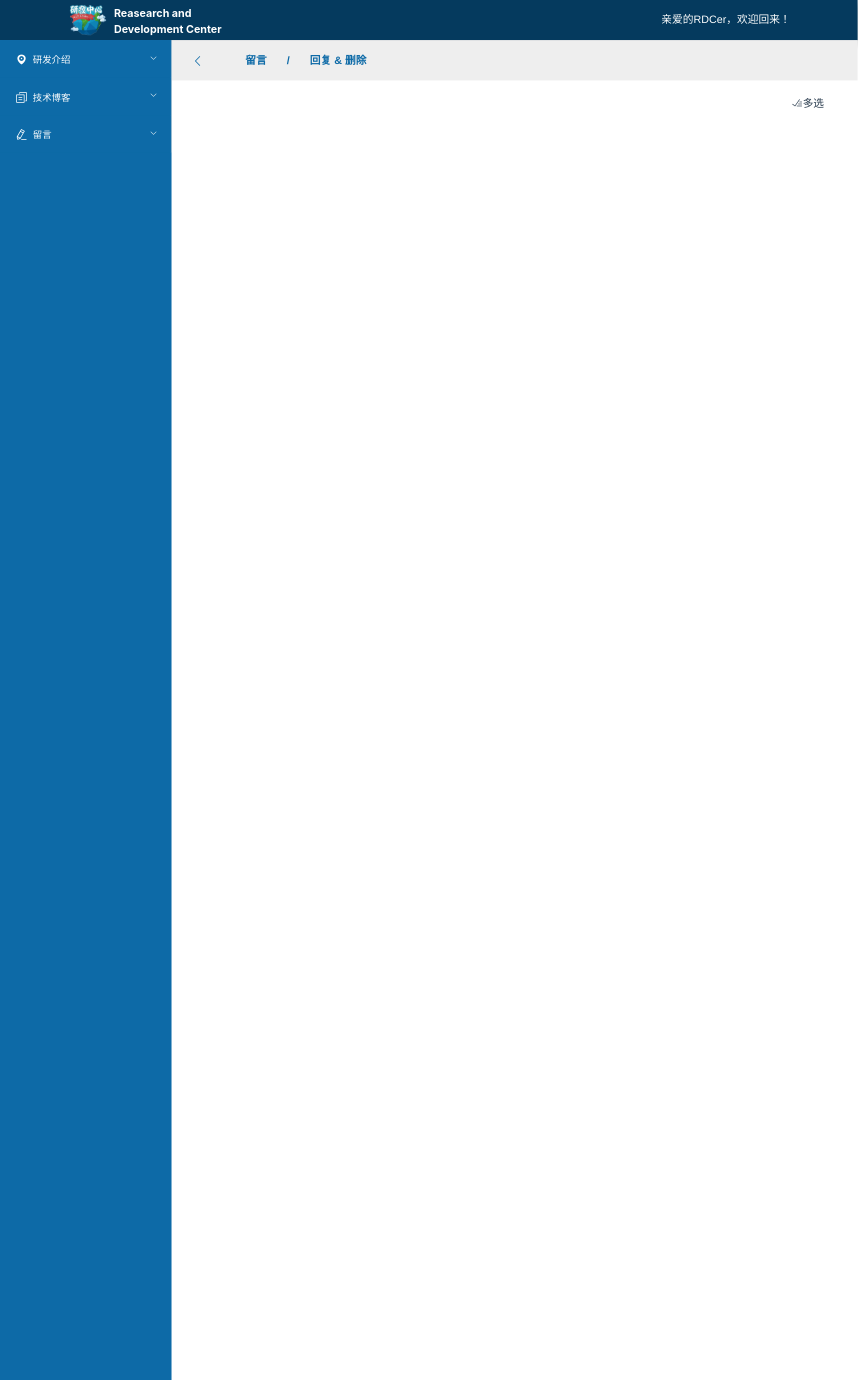
Repository: roger-hub/RDC-front-program
Page: /deleteandreply
An editor plug-in stored every save of this project. The page is shown before and after the next save, followed by the edit.
The browser window is 1280 px wide. The pictures show the whole page, at 67% of full size.
The page's requests for data from a server got no answer. The project was rebuilt for these pictures with package versions that can differ from the ones it lists, and the page was loaded fresh each time. No one was signed in, and anything a server would have sent is missing. Also part of the build but not shown: vue.config.js, src/components/blogWrite/blogInfo.vue, src/components/blogWrite/md.vue, src/views/blogWrite.vue. Imported but missing from the stored project, and not drawn on this page: src/components/blogWrite/SubBar.vue.

Above is the page before, as saved 2020-08-21 15:11:52.

After the next save:
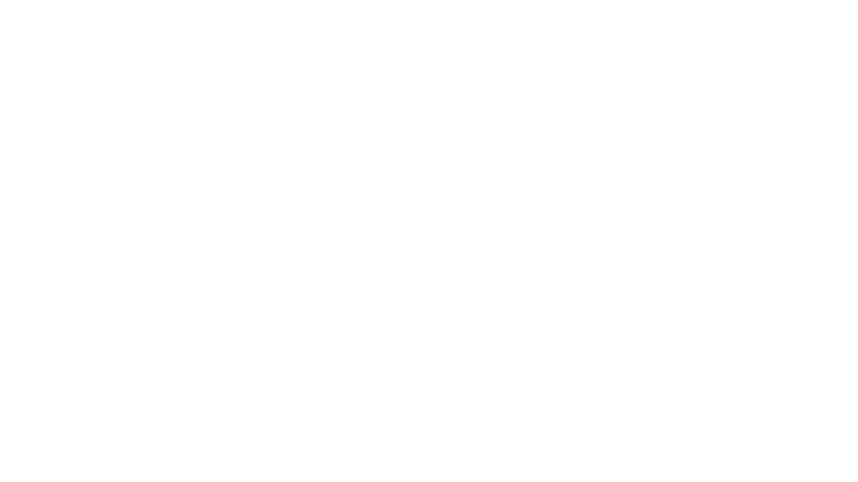
Console error: ReferenceError: blogWrite is not defined
Saved 105 s later.
--- a/src/router/index.js
+++ b/src/router/index.js
@@ -37,6 +37,11 @@ const routes = [{
         name: 'DeleteAndReply',
         component: DeleteAndReply
     },
+    {
+        path: '/createblog',
+        name: 'blogWrite',
+        component: blogWrite
+    },
 ]
 
 const router = new VueRouter({

After the save that followed:
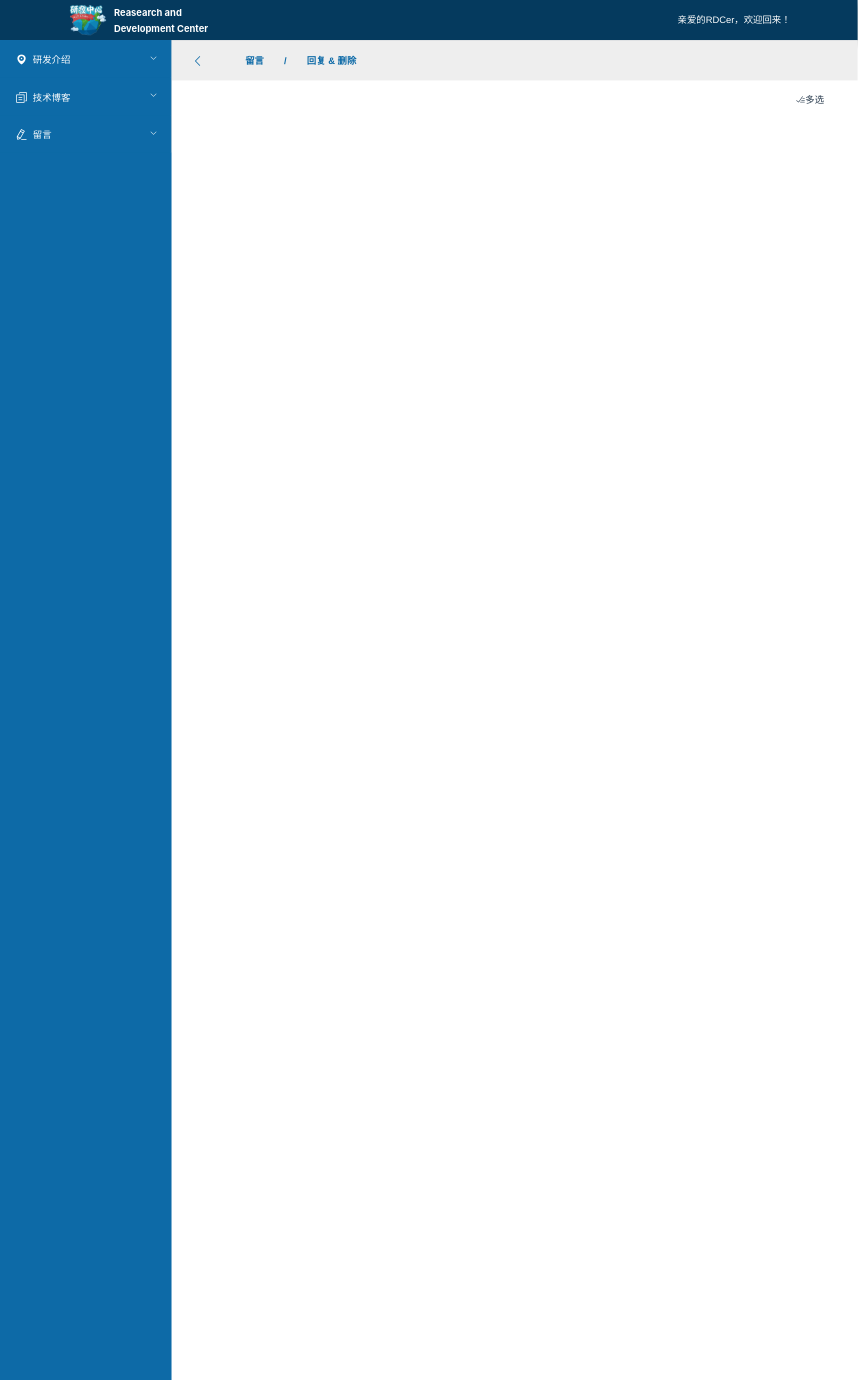
The error is gone.
Saved 27 s later.
--- a/src/router/index.js
+++ b/src/router/index.js
@@ -4,6 +4,7 @@ import Home from '../views/Home.vue'
 import Login from '../views/Login.vue'
 import CheckMessage from '../views/CheckMessage.vue'
 import DeleteAndReply from '../views/DeleteAndReply.vue'
+import blogWrite from '../views/blogWrite.vue'
 
 Vue.use(VueRouter)
 
